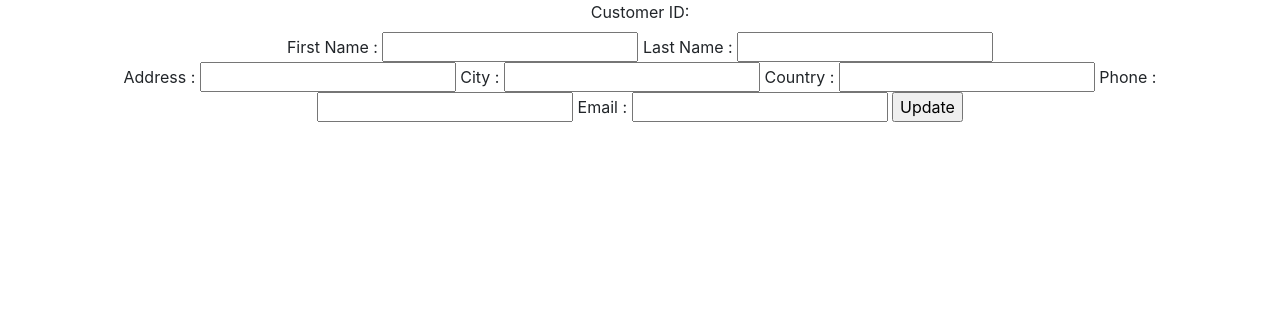
Repository: hassaanbk/CruiseBookingAndManaging
Page: http://localhost/edit
These files come from the project's save history. The page is drawn as it stood at one moment and after the next save; the edit follows.
The browser window is 1280 px wide. The pictures show the whole page.
The page is this project's Thymeleaf template; nobody is signed in. The template is opened directly, without the code that normally fills it, so the values that code supplies are empty.

Above is the page before, as saved 2022-12-13 04:42:14.

### CustomerMicroService/src/main/resources/templates/edit.html
<!DOCTYPE html>

<html xmlns:th="http://www.thymeleaf.org">

<head>

	<meta charset="ISO-8859-1">

	<title>Edit</title>
<link rel="stylesheet" href="https://cdn.jsdelivr.net/npm/bootstrap@4.3.1/dist/css/bootstrap.min.css" integrity="sha384-ggOyR0iXCbMQv3Xipma34MD+dH/1fQ784/j6cY/iJTQUOhcWr7x9JvoRxT2MZw1T" crossorigin="anonymous">

</head>

<body class="container-fluid text-center">

	Customer ID:<h1 th:text="${customer.custId}"></h1>

	<form action="update" method="POST">

		First Name : <input type="text" name="firstName" />

		Last Name : <input type="text" name="lastName" /></br>

		Address : <input type="text" name="address" />

		City : <input type="text" name="city" />

		Country : <input type="text" name="country" />

		Phone : <input type="text" name="phone" />

		Email : <input type="email" name="email" />

		<input type="submit" name="Edit Profile" value="Update" />
	</form>
</body>

</html>

After the next save:
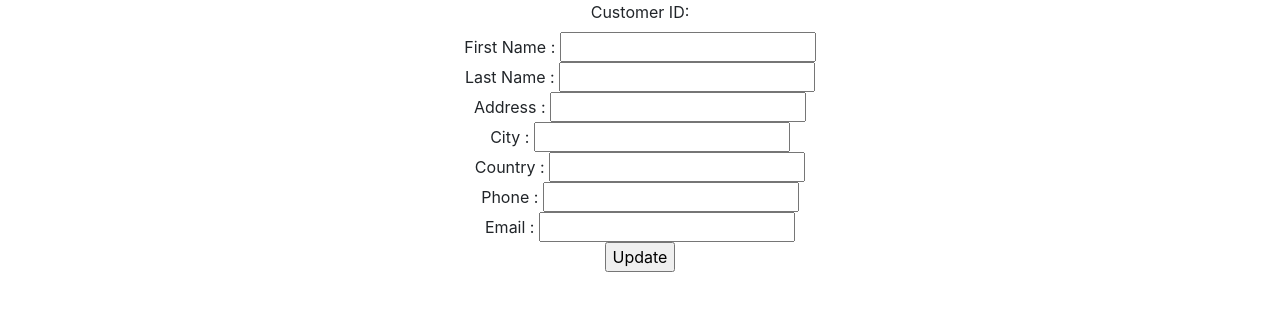
Saved 23 s later.
--- a/CustomerMicroService/src/main/resources/templates/edit.html
+++ b/CustomerMicroService/src/main/resources/templates/edit.html
@@ -17,19 +17,19 @@
 
 	<form action="update" method="POST">
 
-		First Name : <input type="text" name="firstName" />
+		First Name : <input type="text" name="firstName" /><br>
 
-		Last Name : <input type="text" name="lastName" /></br>
+		Last Name : <input type="text" name="lastName" /><br>
 
-		Address : <input type="text" name="address" />
+		Address : <input type="text" name="address" /><br>
 
-		City : <input type="text" name="city" />
+		City : <input type="text" name="city" /><br>
 
-		Country : <input type="text" name="country" />
+		Country : <input type="text" name="country" /><br>
 
-		Phone : <input type="text" name="phone" />
+		Phone : <input type="text" name="phone" /><br>
 
-		Email : <input type="email" name="email" />
+		Email : <input type="email" name="email" /><br>
 
 		<input type="submit" name="Edit Profile" value="Update" />
 	</form>
